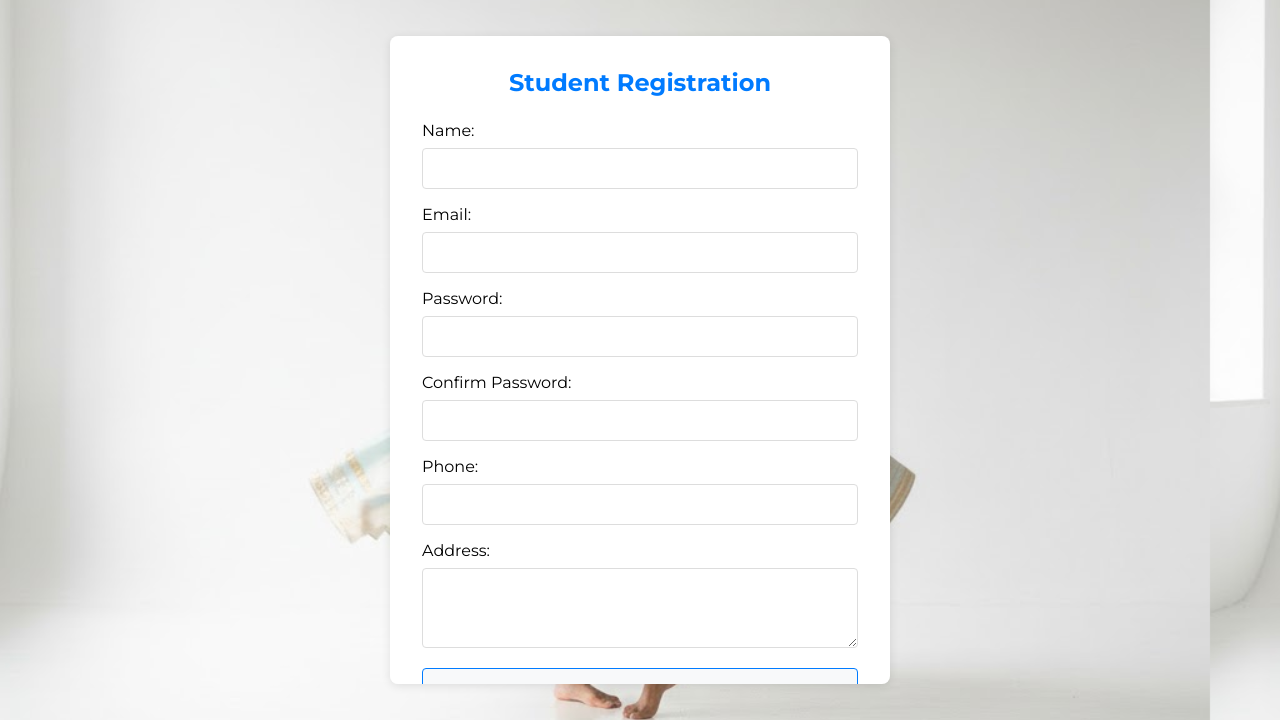
Repository: Priyadharshini-J-CSE/StepSync_Dance_Mangement_System
Page: /user-register (app in frontend/)
An editor plug-in stored every save of this project. The page is shown before and after a run of saves, followed by the edit.
The browser window is 1280 px wide. The pictures show the whole page.
An inner scrolling area shows only its first screen. Some web fonts or font styles are not loaded; a fallback is used. Some web libraries are served in a nearby version. The project was rebuilt for these pictures with package versions that can differ from the ones it lists, and the page was loaded fresh each time. Also part of the build but not shown: frontend/src/index.css, frontend/src/pages/LandingPage.js, frontend/src/components/Alert.js, frontend/src/pages/UserLogin.js, frontend/src/pages/AdminLogin.js, frontend/src/pages/AdminRegister.js, frontend/src/pages/ForgotPassword.js, frontend/src/components/Navbar.js and 17 more.

Above is the page before, as saved 2025-12-18 10:49:18.

After the next 2 saves:
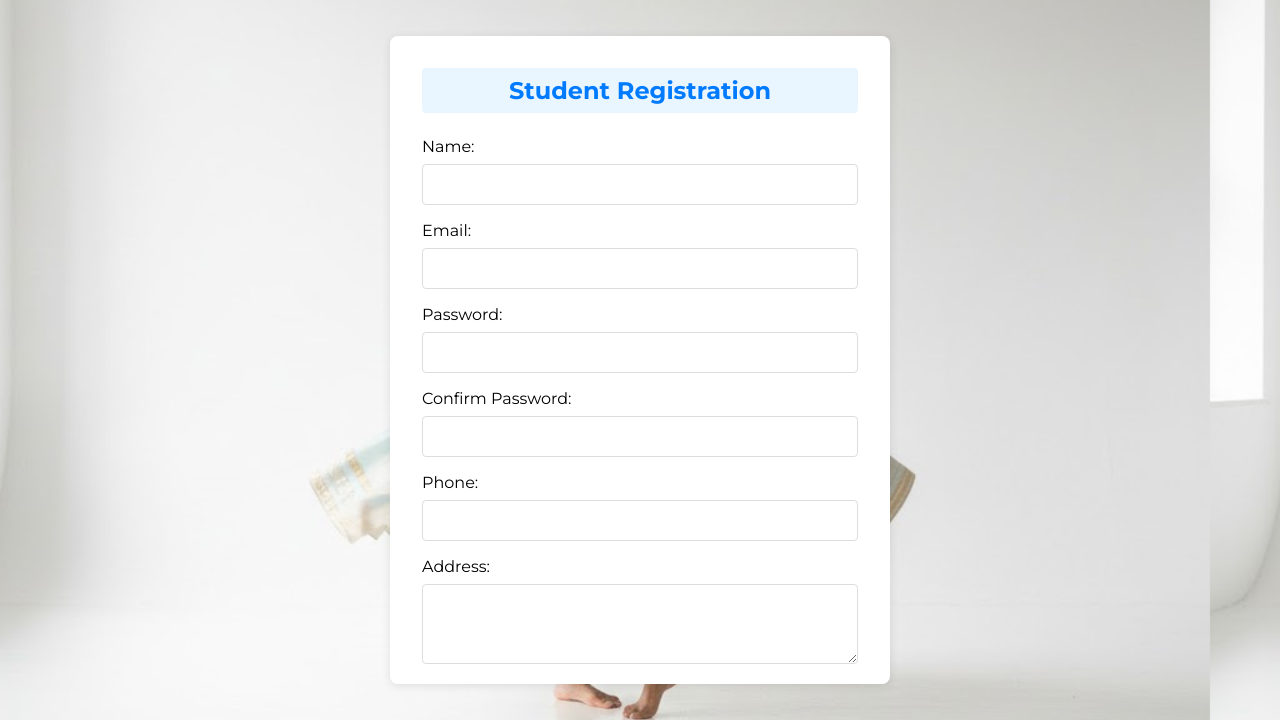
The 2 saves are shown as one change because they came seconds apart.
The last was saved 27 s later.
--- a/frontend/src/pages/UserRegister.js
+++ b/frontend/src/pages/UserRegister.js
@@ -77,7 +77,7 @@
         maxHeight: '90vh',
         overflowY: 'auto'
       }}>
-        <h2 style={{ textAlign: 'center', marginBottom: '1.5rem', color: '#007bff' }}>
+        <h2 style={{ textAlign: 'center', marginBottom: '1.5rem', color: '#007bff', backgroundColor: '#e9f5ff', padding: '0.5rem', borderRadius: '4px' }}>
           Student Registration
         </h2>
 

After the save that followed:
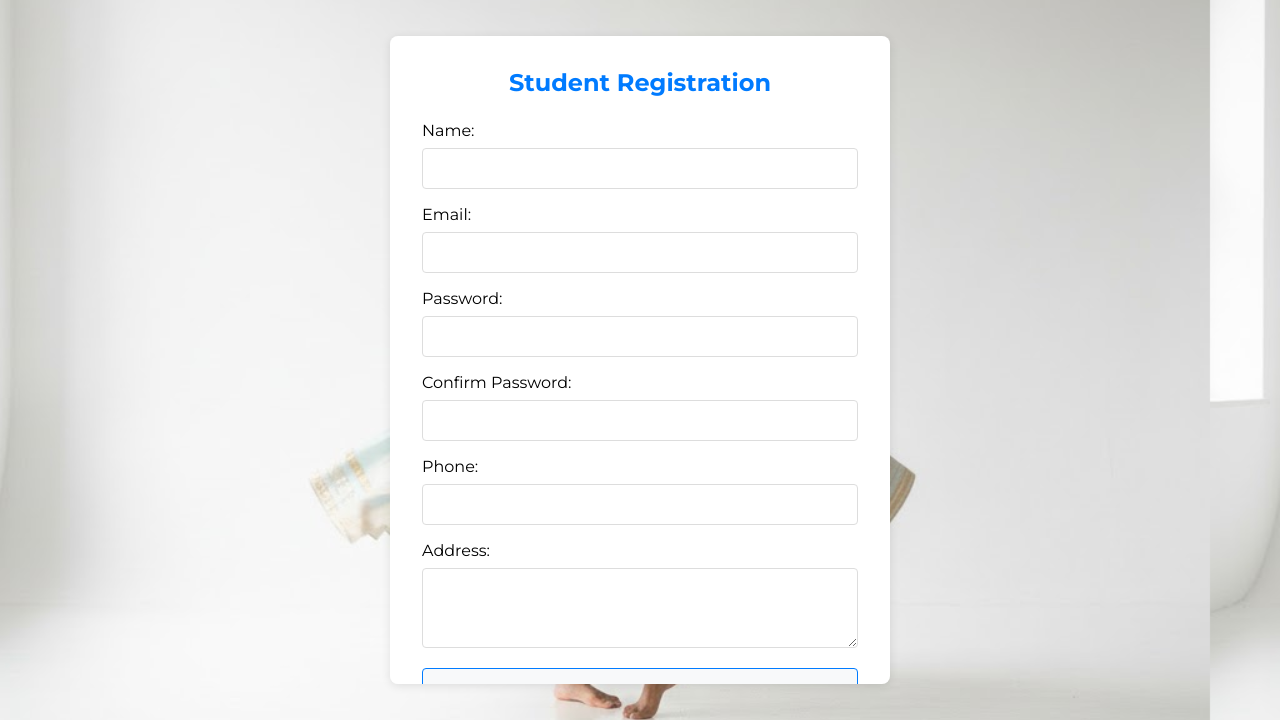
Saved 8 s later.
--- a/frontend/src/pages/UserRegister.js
+++ b/frontend/src/pages/UserRegister.js
@@ -77,7 +77,7 @@
         maxHeight: '90vh',
         overflowY: 'auto'
       }}>
-        <h2 style={{ textAlign: 'center', marginBottom: '1.5rem', color: '#007bff', backgroundColor: '#e9f5ff', padding: '0.5rem', borderRadius: '4px' }}>
+        <h2 style={{ textAlign: 'center', marginBottom: '1.5rem', color: '#007bff', }}>
           Student Registration
         </h2>
 
